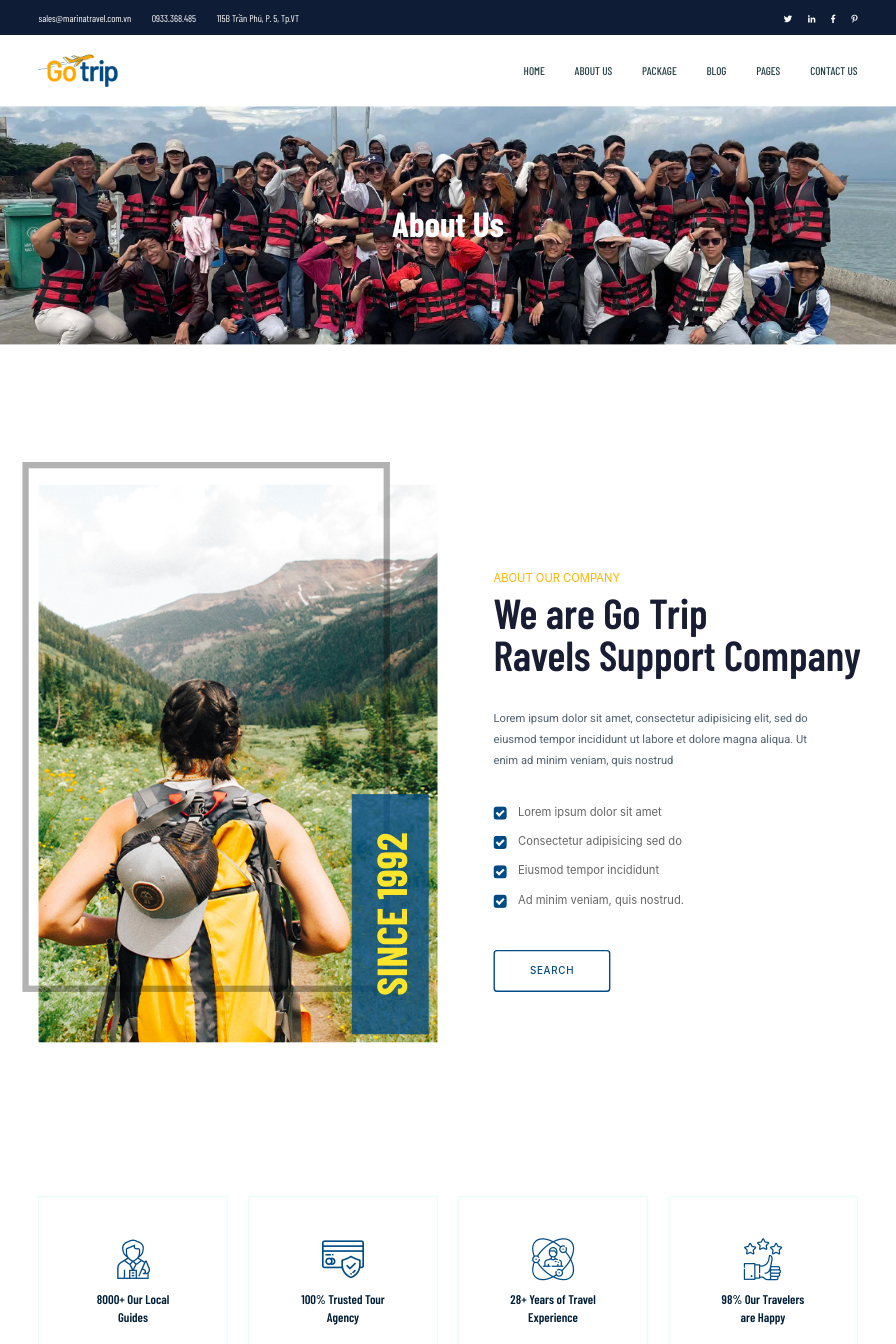
Repository: phatlam0058-commits/Peter-Lam
Page: gotrip-master/about.html
These files come from the project's save history. The page is drawn as it stood at one moment and after the next save; the edit follows.
The browser window is 1280 px wide. The pictures show the part of the page from y = 0 to 1920 px (the page is 4310 px tall), at 70% of full size.
Some web fonts or font styles are not loaded; a fallback is used.

Above is the page before, as saved 2025-12-12 09:18:06.

After the next save:
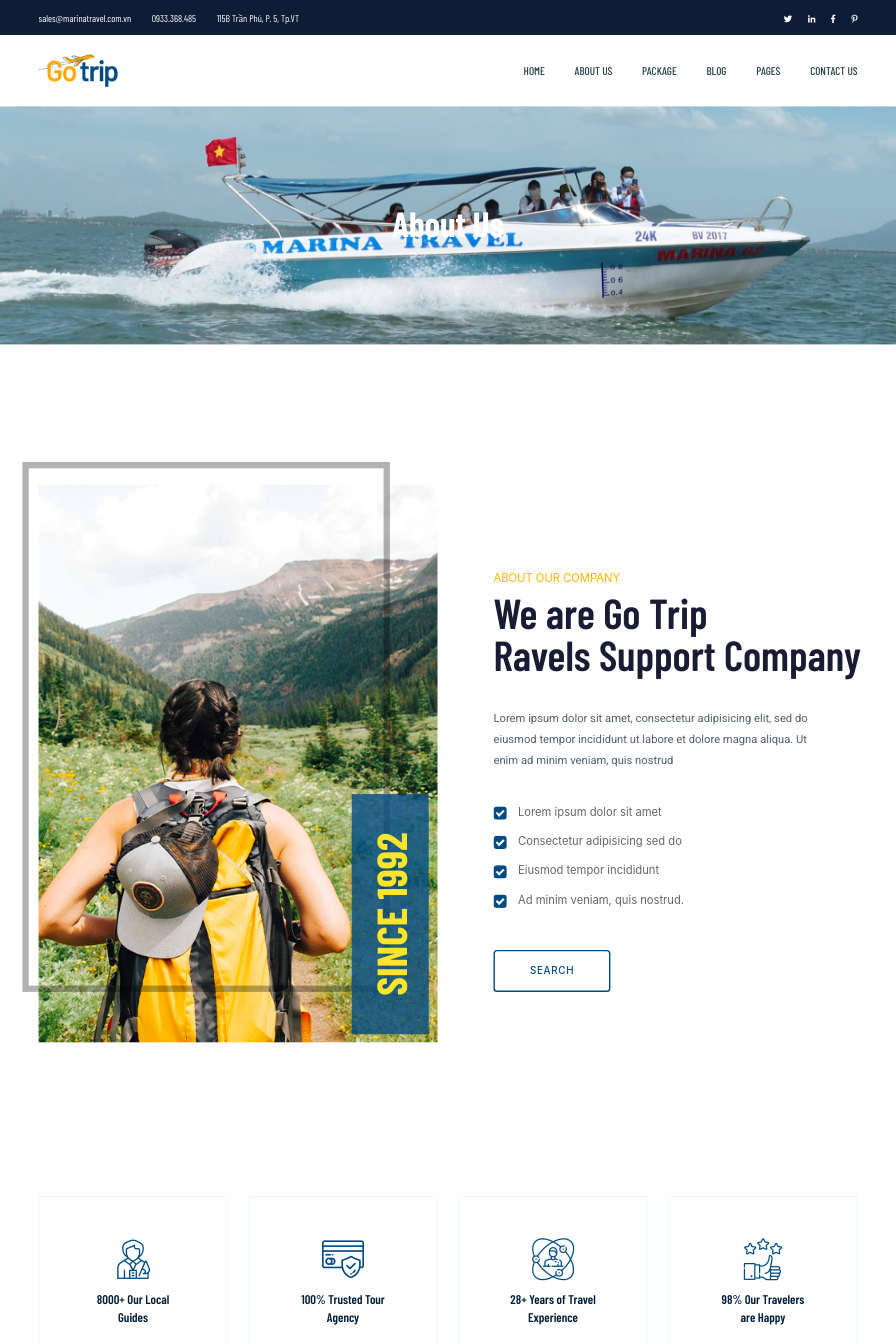
Saved 14 min 58 s later.
--- a/gotrip-master/about.html
+++ b/gotrip-master/about.html
@@ -115,7 +115,7 @@
         <!-- slider Area Start-->
         <div class="slider-area ">
             <!-- Mobile Menu -->
-            <div class="single-slider slider-height2 d-flex align-items-center" data-background="../New photo/Marina_Photo_Number_10.jpg">
+            <div class="single-slider slider-height2 d-flex align-items-center" data-background="../New photo/Marina_Photo_Number_11.jpg">
                 <div class="container">
                     <div class="row">
                         <div class="col-xl-12">
